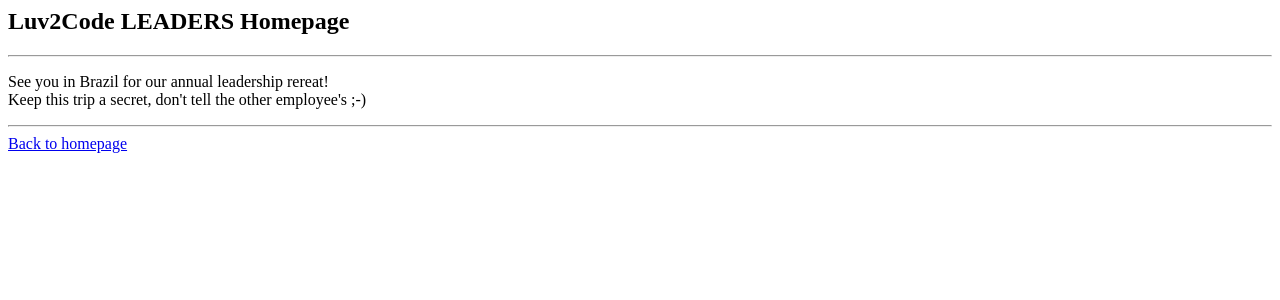
Repository: matthias1989/eclipse-workspace-UDEMY
Page: http://localhost/spring-security-demo-07-user-roles/systems
The author's editor kept a copy of each file at every save. The page is drawn from the files as they stood at one save, then again after the next save.
The browser window is 1280 px wide. The pictures show the whole page.
The page is served by Tomcat 9. Other server files are loaded and not shown.

Above is the page before, as saved 2018-07-20 16:53:24.

### spring-security-demo-07-user-roles/src/main/webapp/WEB-INF/view/systems.jsp
<html>
	<head>
		<title>Luv2Code LEADERS Homepage</title>
	</head>
	<body>
		<h2>Luv2Code LEADERS Homepage</h2>
		<hr>
		<p>
			See you in Brazil for our annual leadership rereat! <br />
			Keep this trip a secret, don't tell the other employee's ;-)
		</p>
		<hr>
		<a href="${pageContext.request.contextPath}/">Back to homepage</a>
	</body>
</html>

After the next save:
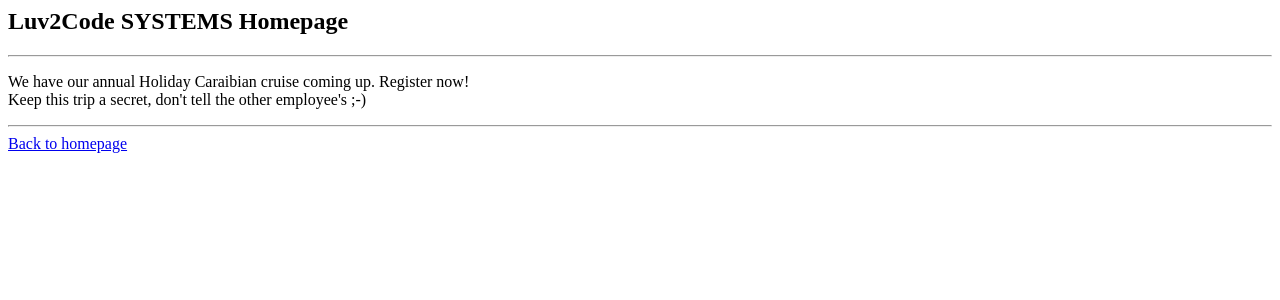
Saved 2 min 7 s later.
--- a/spring-security-demo-07-user-roles/src/main/webapp/WEB-INF/view/systems.jsp
+++ b/spring-security-demo-07-user-roles/src/main/webapp/WEB-INF/view/systems.jsp
@@ -1,12 +1,12 @@
 <html>
 	<head>
-		<title>Luv2Code LEADERS Homepage</title>
+		<title>Luv2Code SYSTEMS Homepage</title>
 	</head>
 	<body>
-		<h2>Luv2Code LEADERS Homepage</h2>
+		<h2>Luv2Code SYSTEMS Homepage</h2>
 		<hr>
 		<p>
-			See you in Brazil for our annual leadership rereat! <br />
+			We have our annual Holiday Caraibian cruise coming up. Register now! <br />
 			Keep this trip a secret, don't tell the other employee's ;-)
 		</p>
 		<hr>
